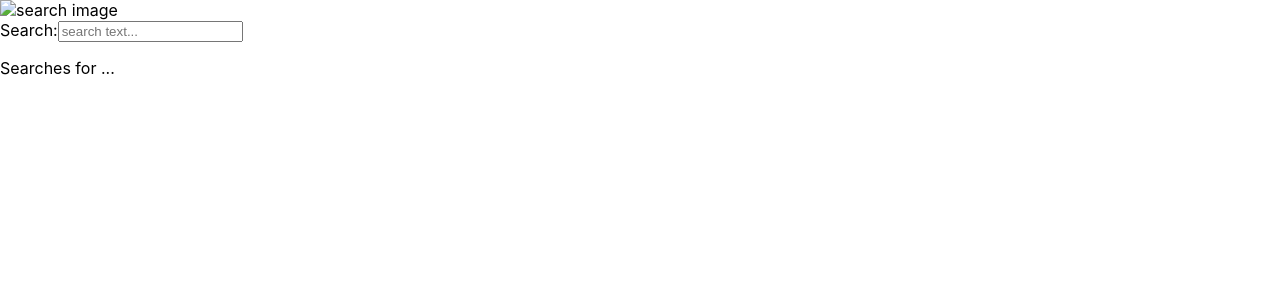
Repository: Paveldub/react-testing-library
Page: /
An editor plug-in stored every save of this project. The page is shown before and after the next save, followed by the edit.
The browser window is 1280 px wide. The pictures show the whole page.
The project was rebuilt for these pictures with package versions that can differ from the ones it lists, and the page was loaded fresh each time. Also part of the build but not shown: src/App.css.

Above is the page before, as saved 2021-10-14 17:56:12.

### src/App.js
import React, { useEffect, useState } from "react";
import "./App.css";

const getUser = () => Promise.resolve({id: 1, name: 'Pavel'})

const Search = ({ value, onChange, children }) => (
  <div>
    <label htmlFor="search">{children}</label>
    <input
      placeholder="search text..."
      id="search"
      type="text"
      value={value}
      onChange={onChange}
    />
  </div>
);

const App = () => {
  const [search, setSearch] = useState("");
  const [user, setUser] = useState('')

  useEffect(() => {
    const loadUser = async () => {
      const user = await getUser()
      setUser(user)
    }
    loadUser()
  }, [])

  const handleChange = ({ target }) => {
    setSearch(target.value);
  };

  return (
    <div>
      <img src="" alt="search image" />
      <Search value={search} onChange={handleChange}>
        Search:
      </Search>
      <p>Searches for {search ? search : "..."}</p>
    </div>
  );
};

export default App;

Loaded but not shown: public/index.html (common file); src/index.js (common file); src/index.css (common file)

After the next save:
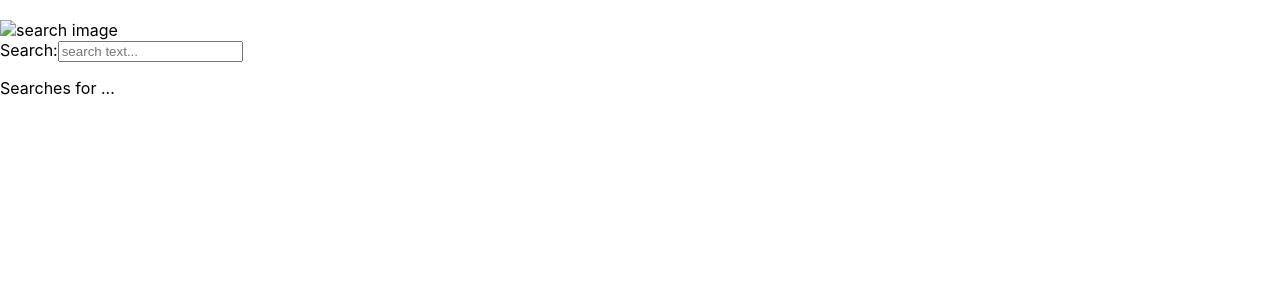
Saved 21 s later.
--- a/src/App.js
+++ b/src/App.js
@@ -34,6 +34,7 @@
 
   return (
     <div>
+      {user && <h2></h2>}
       <img src="" alt="search image" />
       <Search value={search} onChange={handleChange}>
         Search:
